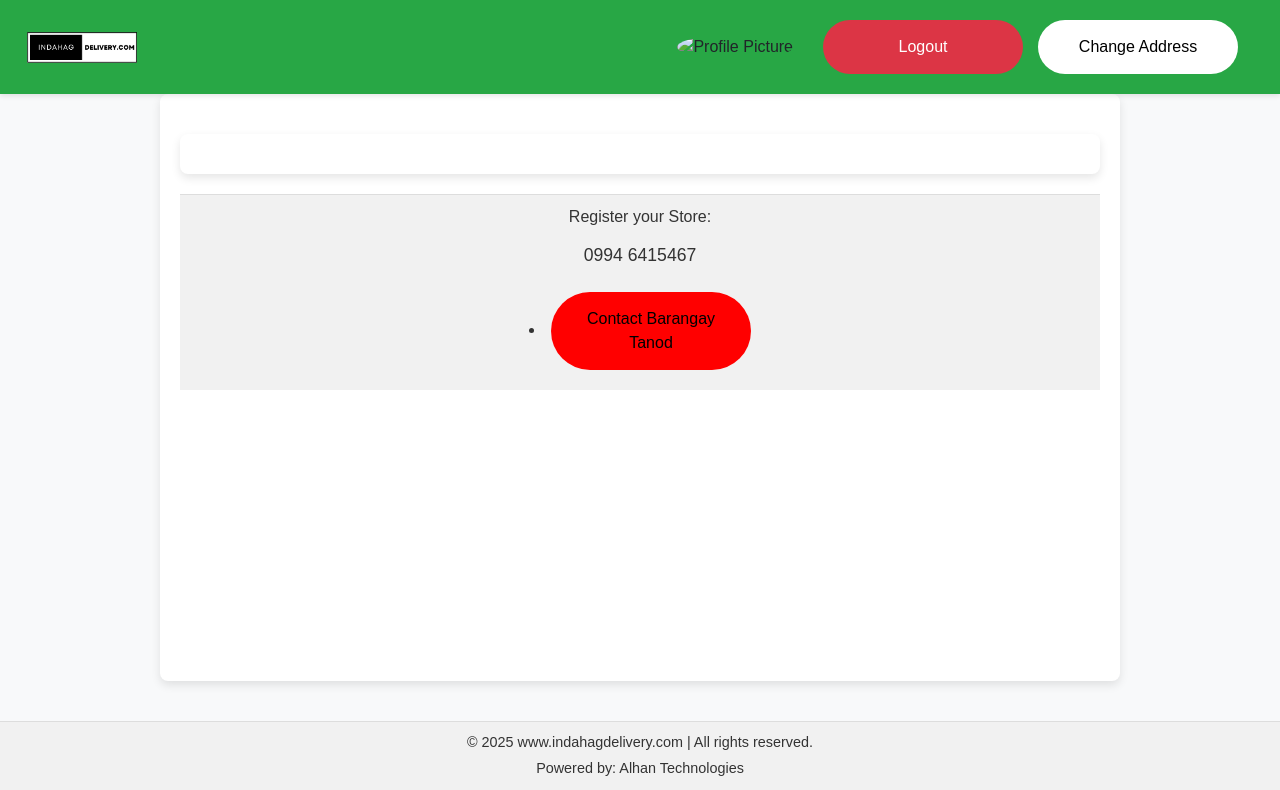
Repository: Jijiluzana225/indahagdelivery.com
Page: store/templates/store/store_list.html
The author's editor kept a copy of each file at every save. The page is drawn from the files as they stood at one save, then again after the next save.
The browser window is 1280 px wide. The pictures show the whole page.
The template is drawn by Django 5.2. The application's start-up code is not run. Other server files are loaded and not shown. The template is opened directly, without the code that normally fills it, so the values that code supplies are empty.

Above is the page before, as saved 2025-02-07 09:49:48.

### store/templates/store/store_list.html
{% extends 'store/base.html' %}

{% block content %}
<!DOCTYPE html>
<html lang="en">
<head>
    <meta charset="UTF-8">
    <meta name="viewport" content="width=device-width, initial-scale=1.0">
    <title>Store List</title>
    <style>
        /* Global Styles */
        body {
            font-family: Arial, sans-serif;
            margin: 0;
            padding: 0;
            background-color: #f8f9fa;
            display: flex;
            flex-direction: column;
            min-height: 100vh;
        }

        /* Container Styles */
        .container {
            max-width: 960px;
            margin: 20px auto;
            padding: 20px;
            background: #ffffff;
            border-radius: 8px;
            box-shadow: 0 4px 10px rgba(0, 0, 0, 0.1);
            flex-grow: 1;
        }

        /* Typography */
        h1 {
            color: #333;
            margin-bottom: 20px;
            text-align: center;
        }

        /* Button Styles */
        .btn-container {
            display: flex;
            flex-direction: column;
            align-items: center;
        }

        .btn {
            display: inline-block;
            width: 200px;
            margin: 10px auto;
            padding: 15px 30px;
            font-size: 1rem;
            text-align: center;
            border: none;
            border-radius: 50px;
            text-decoration: none;
            color: #fff;
            cursor: pointer;
            transition: transform 0.3s ease, box-shadow 0.3s ease;
        }

        .btn.order-btn {
            background: linear-gradient(145deg, #6c63ff, #00b3b3); /* Soft purple to teal */
            box-shadow: 0 5px 15px rgba(0, 0, 0, 0.1); /* Softer shadow */
        }

        .btn.store-btn {
             background: linear-gradient(145deg,rgb(17, 0, 255),rgb(252, 120, 4)); /* Warm amber tones */
        }

        .btn.prices-btn {
            background: linear-gradient(145deg,rgb(17, 0, 255),rgb(252, 120, 4)); /* Warm amber tones */
        }

        .btn.product-btn {
            background: linear-gradient(145deg,rgb(17, 0, 255),rgb(252, 120, 4)); /* Warm amber tones */
        }

        .btn:hover {
            transform: translateY(-5px);
            box-shadow: 0 10px 20px rgba(0, 0, 0, 0.3);
        }

        .btn:active {
            transform: translateY(2px);
            box-shadow: 0 3px 8px rgba(0, 0, 0, 0.2);
        }

        /* Store List Styling */
        .store-list {
            list-style: none;
            padding: 0;
            margin: 0;
            text-align: center;
        }

        .store-list li {
            margin: 10px 0;
        }

        .store-list a {
            display: block;
            padding: 10px 15px;
            font-size: 1.2rem;
            font-weight: bold;
            text-decoration: none;
            color: #fff;
            background: linear-gradient(90deg, #6a11cb, #2575fc);
            border-radius: 8px;
            box-shadow: 0 4px 8px rgba(0, 0, 0, 0.1);
            transition: background 0.3s ease, box-shadow 0.3s ease;
            text-align: center;
        }

        .store-list a:hover {
            background: linear-gradient(90deg, #2575fc, #6a11cb);
            box-shadow: 0 6px 12px rgba(0, 0, 0, 0.2);
        }

        .store-list a.disabled {
            cursor: not-allowed;
            background-color: #ddd;
            color: #aaa;
            pointer-events: none;
        }

        /* Search Box Styling */
        .search-box {
            margin-bottom: 20px;
            margin-top: 20px;
        }

        .search-box input {
            width: 100%;
            padding: 10px;
            font-size: 1rem;
            border-radius: 5px;
            border: 1px solid #ced4da;
            box-shadow: inset 0 2px 5px rgba(0, 0, 0, 0.1);
        }

        /* Footer Styling */
        footer {
            text-align: center;
            padding: 10px 0;
            background: #f1f1f1;
            color: #333;
            border-top: 1px solid #ddd;
        }

        footer h3 {
            margin: 0;
            font-size: 1.1rem;
        }

        .product-type-label {
            text-align: left;
            font-size: 0.9rem;
            color: #333;
            margin-bottom: 10px;
            margin-top:40px;
        }

    </style>
</head>
<body>
    <div class="container">
        <div class="btn-container">
            {% if request.user.is_authenticated and 'Store' not in request.user.groups.all|join:" " %}
                <a href="{% url 'customer_dashboard' %}" class="btn order-btn">My Orders</a>
            {% endif %}

            {% if request.user.is_authenticated and 'Store' in request.user.groups.all|join:" " %}
                <a href="{% url 'store_dashboard' %}" class="btn store-btn">My Store</a>
                <a href="{% url 'edit_prices' %}" class="btn prices-btn">Update Prices</a>
                <a href="{% url 'product_create' %}" class="btn prices-btn">Add Product</a>
            {% endif %}
        </div>
        {% if request.user.is_authenticated and 'Store' not in request.user.groups.all|join:" " %}


        <h1 class="product-type-label">Product Type</h1>

        <!-- Dropdown Filter -->
        <form method="get" action="">
            <select name="product_type" onchange="this.form.submit()">
                <option value="">-- Select Product Type --</option>
                {% for product_type in product_types %}
                    <option value="{{ product_type.id }}" {% if selected_product_type == product_type.id %}selected{% endif %}>
                        {{ product_type.name }}
                    </option>
                {% endfor %}
            </select>
        </form>

        <!-- Search Input -->
        <div class="search-box">
            <input type="text" id="storeSearch" placeholder="Search for a store..." onkeyup="filterStores()">
        </div>

        <!-- Store List -->
        <ul class="store-list" id="storeList">
            {% if stores %}
                {% for store in stores %}
                    <li>
                        {% if store.open %}
                            <a href="{% url 'store_location' id=store.id %}">{{ store.name }}</a>
                        {% else %}
                            <a href="#" class="disabled">
                                {{ store.name }} (Opens Soon!)
                            </a>
                        {% endif %}
                    </li>
                {% endfor %}
            {% else %}
                <li>No stores found for the selected product type.</li>
            {% endif %}
        </ul>

        {% endif %}

    </div>

    <!-- Footer -->
    <footer>
        <p>Register your Store: <h3>0994 6415467</h3></p>

        <li class="nav-item">
            <a href="{% url 'update_profile' %}" class="btn btn-link btn-sm text-black" style="background-color: red">Contact Barangay Tanod</a>
        </li>
    </footer>

    <script>
        function filterStores() {
            const searchInput = document.getElementById('storeSearch').value.toLowerCase();
            const storeList = document.getElementById('storeList');
            const stores = storeList.getElementsByTagName('li');

            for (let i = 0; i < stores.length; i++) {
                const storeName = stores[i].innerText.toLowerCase();
                if (storeName.includes(searchInput)) {
                    stores[i].style.display = '';
                } else {
                    stores[i].style.display = 'none';
                }
            }
        }
    </script>
</body>
</html>
{% endblock %}

### store/templates/store/base.html
{% load static %}
<!DOCTYPE html>
<html lang="en">
<head>
    <meta charset="UTF-8">
    <meta name="viewport" content="width=device-width, initial-scale=1.0">
    <title>indahagdelivery.com</title>
    <link href="https://cdn.jsdelivr.net/npm/bootstrap@5.3.0-alpha3/dist/css/bootstrap.min.css" rel="stylesheet">
    <style>
        /* Navbar Styling */
        .navbar {
            position: fixed;
            top: 0;
            left: 0;
            right: 0;
            width: 100%;
            background-color: #28a745; /* E-commerce theme */
            padding: 10px 15px;
            z-index: 1000;
            box-shadow: 0 2px 5px rgba(0, 0, 0, 0.1);
        }

        .navbar .navbar-brand img {
            max-width: 110px;
        }

        .navbar-nav {
            display: flex;
            align-items: center;
        }

        .navbar-nav .nav-item {
            margin-right: 15px;
        }

        .open-close-btn {
            padding: 6px 14px;
            font-size: 0.9rem;
            background-color: #007bff;
            color: #fff;
            border: none;
            border-radius: 20px;
            transition: background-color 0.3s ease;
        }

        .open-close-btn:hover {
            background-color: #0056b3;
        }

        .profile-picture {
            width: 35px;
            height: 35px;
            border-radius: 50%;
            object-fit: cover;
        }

        /* Responsive Navbar Adjustments */
        @media (max-width: 768px) {
            .navbar-brand img {
                max-width: 80px;
            }

            .navbar-nav .nav-item {
                margin-right:10px;
            }

            .open-close-btn {
                margin-top: 10px;
            }
        }

        /* Footer Styling */
        footer {
            background-color: #343a40;
            color: #fff;
            padding: 15px;
            text-align: center;
            margin-top: 20px;
        }

        footer .footer-text p {
            margin: 0;
            font-size: 0.9rem;
        }

        footer .footer-text p:not(:last-child) {
            margin-bottom: 5px;
        }
    </style>
</head>
<body style="margin-top: 70px;">
    <!-- Navbar -->
    <nav class="navbar navbar-expand-lg navbar-dark">
        <div class="container-fluid">
            <a href="{% url 'store_list' %}" class="navbar-brand">
                <img src="{% static 'admin/img/Indahag.png' %}" alt="Logo">
            </a>

            <!-- Open/Close Button -->
            {% if request.user.is_authenticated and 'Store' in request.user.groups.all|join:" " %}
                <a href="{% url 'update_store_open' %}" class="open-close-btn">Open/Close</a>
            {% endif %}

            <button class="navbar-toggler" type="button" data-bs-toggle="collapse" data-bs-target="#navbarNav" aria-controls="navbarNav" aria-expanded="false" aria-label="Toggle navigation">
                <span class="navbar-toggler-icon"></span>
            </button>
            <div class="collapse navbar-collapse" id="navbarNav">
                <ul class="navbar-nav ms-auto">
                    <li class="nav-item">
                        <img src="{{ user.customer.profile_picture.url }}" alt="Profile Picture" class="profile-picture">
                    </li>
                    <li class="nav-item">
                        <h5 class="mb-0 text-white">{{ user.customer.name }}</h5>
                    </li>
                    <li class="nav-item">
                        <form action="{% url 'logout' %}" method="POST" class="d-inline">
                            {% csrf_token %}
                            <button type="submit" class="btn btn-danger btn-sm">Logout</button>
                        </form>
                    </li>
                    <li class="nav-item">
                        <a href="{% url 'update_profile' %}" class="btn btn-link btn-sm text-black" style="background-color: white">Change Address</a>
                    </li>
                </ul>
            </div>
        </div>
    </nav>

    <!-- Content Block -->
    <div class="container mt-4">
        {% block content %}
        {% endblock %}
    </div>

    <!-- Footer -->
    <footer>
        <div class="footer-text">
            <p>&copy; 2025 www.indahagdelivery.com | All rights reserved.</p>
            <p>Powered by: Alhan Technologies</p>
        </div>
    </footer>

    <!-- Scripts -->
    <script src="https://cdn.jsdelivr.net/npm/bootstrap@5.3.0-alpha3/dist/js/bootstrap.bundle.min.js"></script>
</body>
</html>

After the next save:
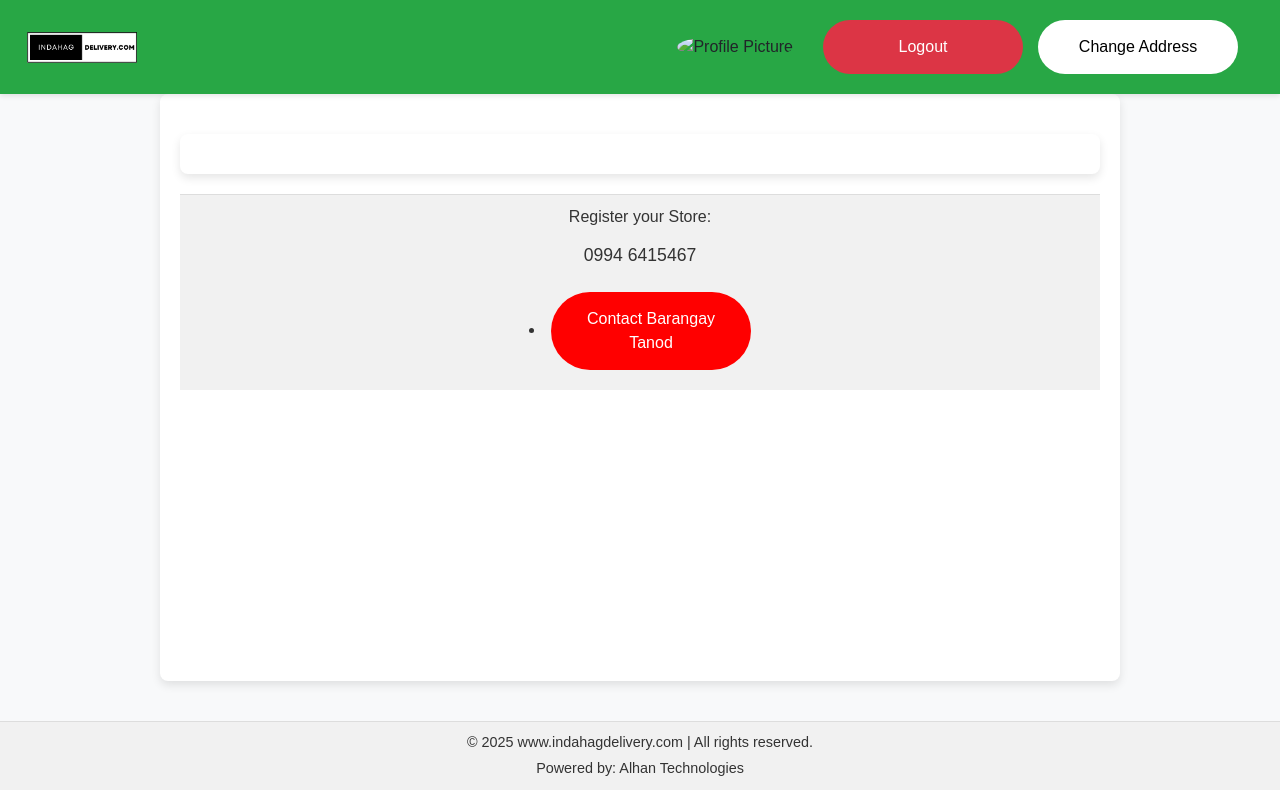
Saved 41 s later.
--- a/store/templates/store/store_list.html
+++ b/store/templates/store/store_list.html
@@ -226,7 +226,7 @@
         <p>Register your Store: <h3>0994 6415467</h3></p>
 
         <li class="nav-item">
-            <a href="{% url 'update_profile' %}" class="btn btn-link btn-sm text-black" style="background-color: red">Contact Barangay Tanod</a>
+            <a href="{% url 'update_profile' %}" class="btn btn-link btn-sm text-white" style="background-color: red">Contact Barangay Tanod</a>
         </li>
     </footer>
 
